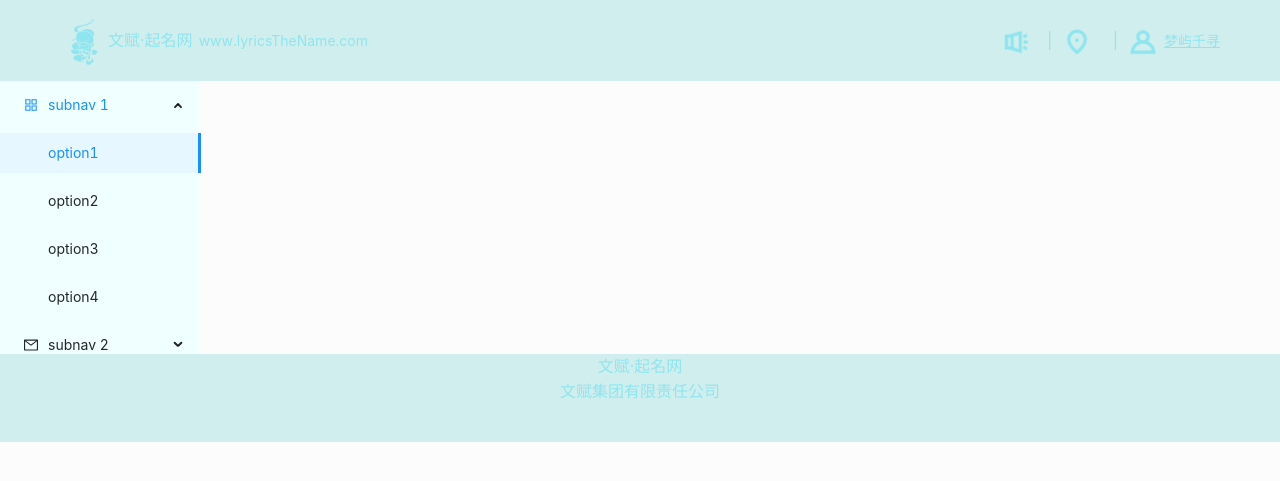
Repository: fangxueliang/react-redux-
Page: /
These files come from the project's save history. The page is drawn as it stood at one moment and after the next save; the edit follows.
The browser window is 1280 px wide. The pictures show the whole page.
The project was rebuilt for these pictures with package versions that can differ from the ones it lists, and the page was loaded fresh each time.

Above is the page before, as saved 2020-12-30 12:45:41.

After the next save:
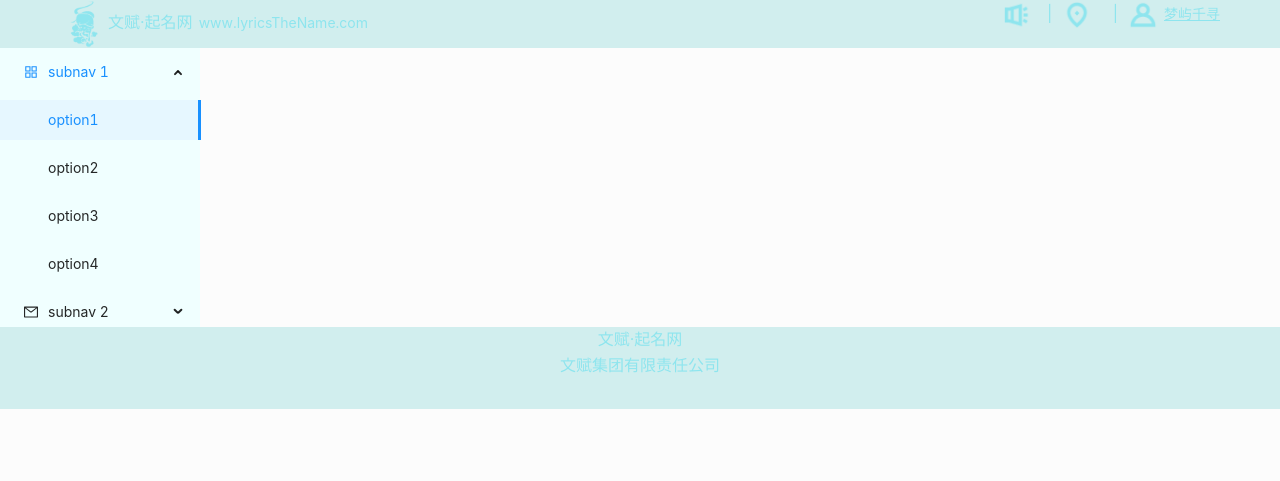
Saved 21 s later.
--- a/src/Common/CSS/layout.css
+++ b/src/Common/CSS/layout.css
@@ -5,8 +5,8 @@
 }
 
 .Home_layout .Home_header {
-    height: 20%;
-    line-height: 80px;
+    height: 10%;
+    line-height: 10%;
     padding: 0 60px;
     background: #D1EEEE;
 }
